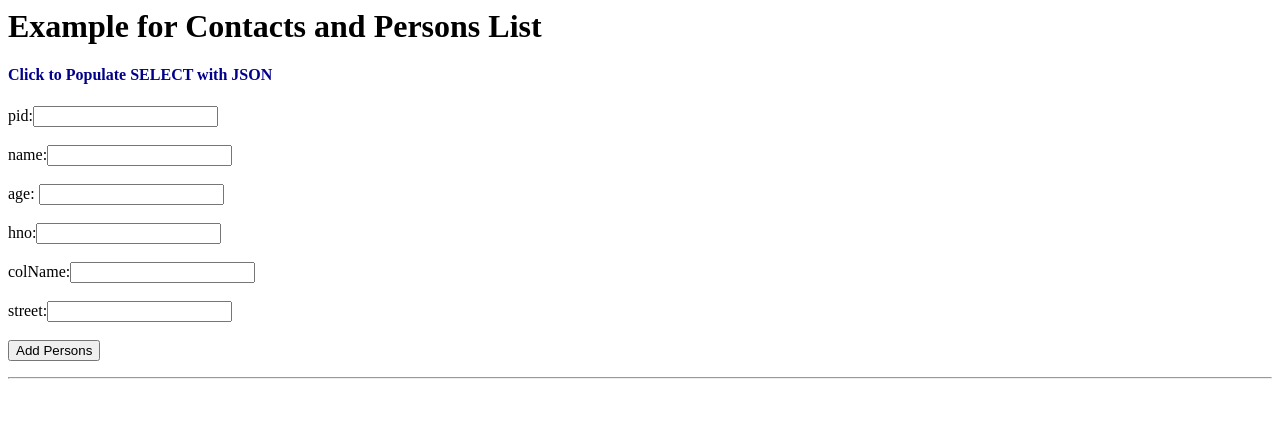
Repository: priyanalleboina/JsTraining
Page: Priyanka _JsExcercies/webpack14example-clinet-node/index.html
An editor plug-in stored every save of this project. The page is shown before and after the next save, followed by the edit.
The browser window is 1280 px wide. The pictures show the whole page.

Above is the page before, as saved 2020-06-05 14:54:20.

After the next save:
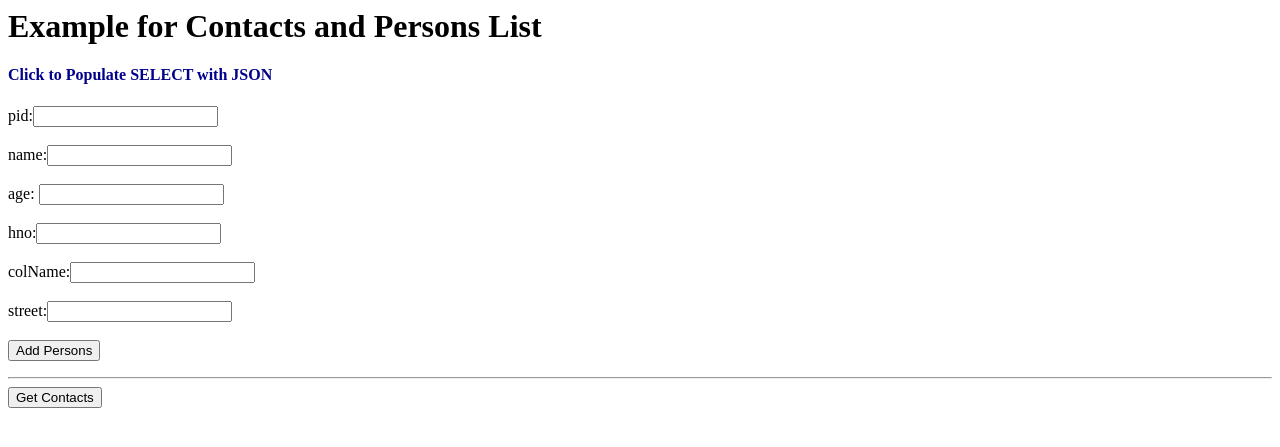
Saved 18 h 56 min later.
--- a/Priyanka _JsExcercies/webpack14example-clinet-node/index.html
+++ b/Priyanka _JsExcercies/webpack14example-clinet-node/index.html
@@ -26,7 +26,7 @@
   <hr>
   <div>
 
-
+ <button onclick="ui.getContacts()">Get Contacts</button>
 
   </div>
 </body>
